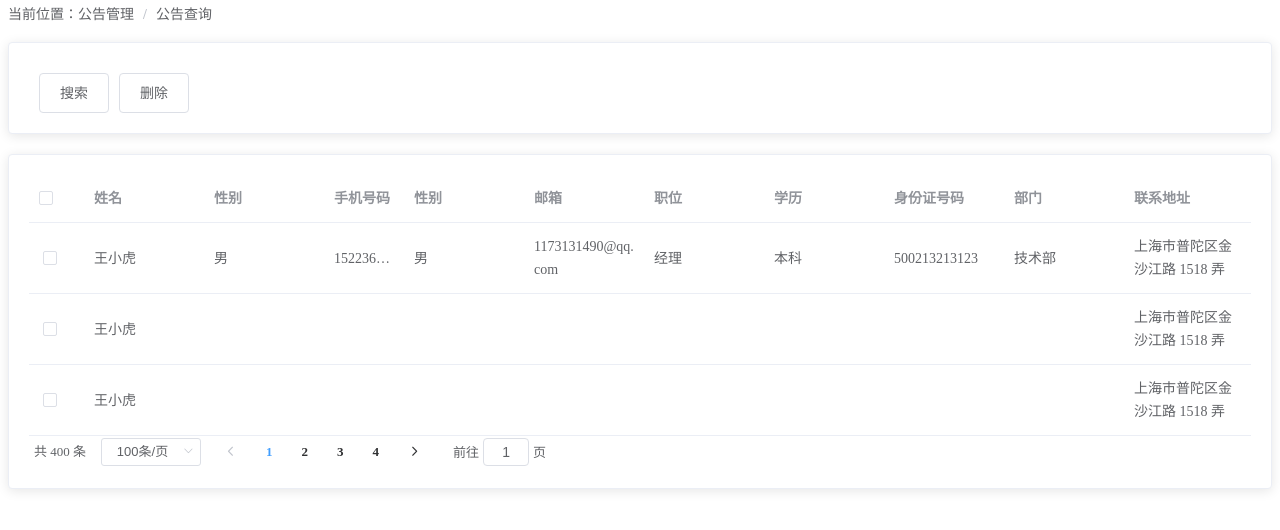
Repository: YUNjwyao/vue_hrm
Page: /#/notice
An editor plug-in stored every save of this project. The page is shown before and after the next save, followed by the edit.
The browser window is 1280 px wide. The pictures show the whole page.
The project was rebuilt for these pictures with package versions that can differ from the ones it lists, and the page was loaded fresh each time. Also part of the build but not shown: src/components/Employee/EmployeeQuery.vue, src/components/Employee/ShowAddEmployee.vue, src/components/Employee/ShowUpdateEmployee.vue.

Above is the page before, as saved 2020-10-15 21:13:41.

### src/App.vue
<template>
  <div id="app">
     <!-- 路由占位符 -->
     <router-view></router-view>
  </div>
</template>

<script>

export default {

}
</script>

<style lang="less" scoped>

</style>

### src/router/index.js
import Vue from 'vue'
import VueRouter from 'vue-router'
import EmployeeQuery from '../components/Employee/EmployeeQuery.vue'
import ShowAddEmployee from '../components/Employee/ShowAddEmployee.vue'
import ShowUpdateEmployee from '../components/Employee/ShowUpdateEmployee.vue'
import Notice from '../components/Notice/Notice.vue'

Vue.use(VueRouter)

const routes = [
 {
   path: '/employee',component: EmployeeQuery
 },
 {
   path: '/addEmployee',component: ShowAddEmployee
 },
 {
   path: '/updateEmployee',component: ShowUpdateEmployee
 },
 {
   path: '/notice',component: Notice
 }
]

const router = new VueRouter({
  routes
})

export default router

### src/plugins/element.js
import Vue from 'vue'
import {
    Button,
    Breadcrumb,
    BreadcrumbItem,
    Card,
    Select,
    Option,
    Input,
    Row,
    Table,
    TableColumn,
    Pagination,
    Form,
    FormItem
} from 'element-ui'


Vue.use(Button)
Vue.use(Breadcrumb)
Vue.use(BreadcrumbItem)
Vue.use(Card)
Vue.use(Select)
Vue.use(Option)
Vue.use(Input)
Vue.use(Row)
Vue.use(Table)
Vue.use(TableColumn)
Vue.use(Pagination)
Vue.use(Form)
Vue.use(FormItem)

### src/components/Notice/Notice.vue
<template>
  <div class="employee">
    <!-- 面包屑导航 -->
    <el-breadcrumb separator="/">
      <el-breadcrumb-item>当前位置：公告管理</el-breadcrumb-item>
      <el-breadcrumb-item><a href="/">公告查询</a></el-breadcrumb-item>
    </el-breadcrumb>
    <!-- 查询输入框 -->
    <el-card>

      <el-row>
        <e
        <el-button>搜索</el-button>
        <el-button>删除</el-button>
      </el-row>
    </el-card>
    <!-- Table表格 -->
    <el-card>
      <el-table
        ref="multipleTable"
        :data="tableData"
        tooltip-effect="dark"
        style="width: 100%"
        @selection-change="handleSelectionChange"
      >
        <el-table-column type="selection" width="55"> </el-table-column>
        <el-table-column prop="name" label="姓名" width="120">
          <template slot-scope="scope">{{ scope.row.name }}</template>
        </el-table-column>
        <el-table-column prop="sex" label="性别" width="120"> </el-table-column>
        <el-table-column prop="phone" label="手机号码" show-overflow-tooltip>
        </el-table-column>
        <el-table-column prop="sex" label="性别" width="120"> </el-table-column>
        <el-table-column prop="email" label="邮箱" width="120">
        </el-table-column>
        <el-table-column prop="job" label="职位" width="120"> </el-table-column>
        <el-table-column prop="education" label="学历" width="120">
        </el-table-column>
        <el-table-column prop="IdNumber" label="身份证号码" width="120">
        </el-table-column>
        <el-table-column prop="door" label="部门" width="120">
        </el-table-column>
        <el-table-column prop="address" label="联系地址" width="120">
        </el-table-column>
        <el-table-column prop="date" label="建档日期" width="120">
        </el-table-column>
        <el-table-column label="操作" width="120"> </el-table-column>
      </el-table>
      <!-- 分页 -->
      <el-pagination
        @size-change="handleSizeChange"
        @current-change="handleCurrentChange"
        :current-page="currentPage4"
        :page-sizes="[100, 200, 300, 400]"
        :page-size="100"
        layout="total, sizes, prev, pager, next, jumper"
        :total="400"
      >
      </el-pagination>
    </el-card>
  </div>
</template>

<script>
export default {
  data() {
    return {
      options: [
        {
          value: "选项1",
          label: "经理",
        },
        {
          value: "选项2",
          label: "职员",
        },
      ],
      optionsSex: [
        {
          value: "选项1",
          label: "男",
        },
        {
          value: "选项2",
          label: "女",
        },
      ],
      optionsDoor: [
        {
          value: "选项1",
          label: "技术部",
        },
        {
          value: "选项2",
          label: "运营部",
        },
      ],
      tableData: [
        {
          name: "王小虎",
          sex: "男",
          phone: "1522369825",
          email: "1173131490@qq.com",
          job: "经理",
          education: "本科",
          IdNumber: "500213213123",
          door: "技术部",
          address: "上海市普陀区金沙江路 1518 弄",
          date: "2016-12-03",
        },
        {
          date: "2016-05-02",
          name: "王小虎",
          address: "上海市普陀区金沙江路 1518 弄",
        },
        {
          date: "2016-05-04",
          name: "王小虎",
          address: "上海市普陀区金沙江路 1518 弄",
        },
      ],
      multipleSelection: [],
    };
  },
  methods: {
    toggleSelection(rows) {
      if (rows) {
        rows.forEach((row) => {
          this.$refs.multipleTable.toggleRowSelection(row);
        });
      } else {
        this.$refs.multipleTable.clearSelection();
      }
    },
    handleSelectionChange(val) {
      this.multipleSelection = val;
    },
  },
};
</script>

<style lang="less" scoped>
.el-card {
  margin-top: 20px;
}
.el-input {
  width: 250px;
}
.el-row {
  margin-top: 10px;
}
.el-button {
  margin-left: 10px;
}
</style>

Loaded but not shown: public/index.html (common file); src/main.js (common file); src/store/index.js (common file)

After the next save:
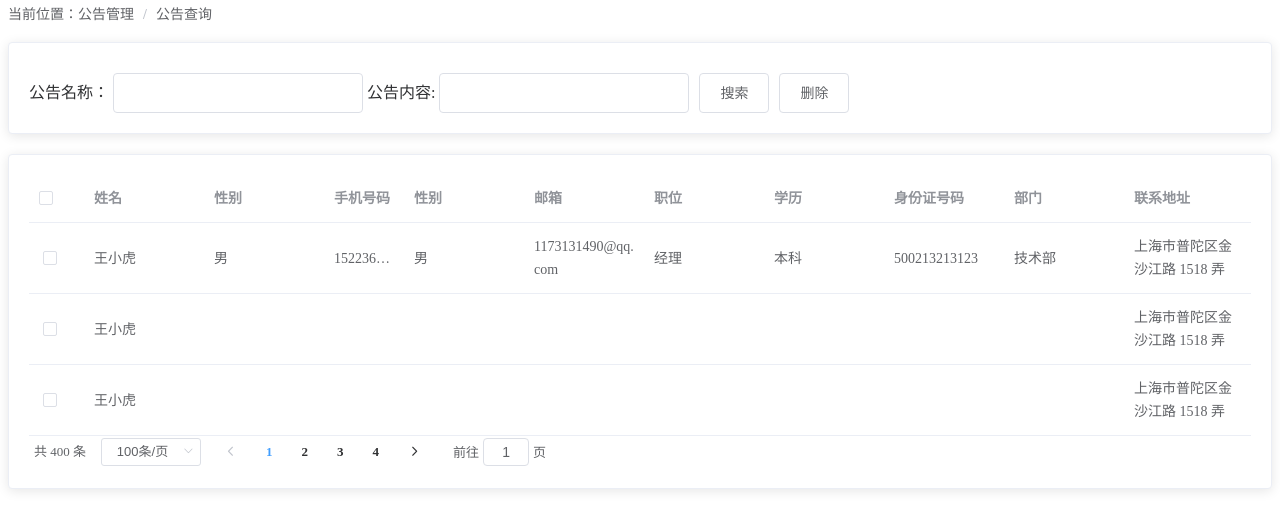
Saved 86 s later.
--- a/src/components/Notice/Notice.vue
+++ b/src/components/Notice/Notice.vue
@@ -9,7 +9,10 @@
     <el-card>
 
       <el-row>
-        <e
+        公告名称：
+		<el-input></el-input>
+		公告内容:
+		<el-input></el-input>
         <el-button>搜索</el-button>
         <el-button>删除</el-button>
       </el-row>
